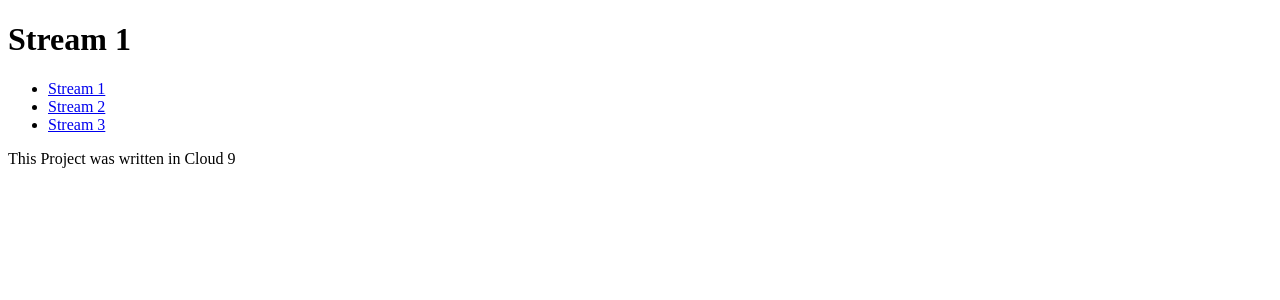
Repository: Scuzeme/My-First-Website
Page: stream1.html
The author's editor kept a record of every edit. The page is drawn from the files as they stood at one moment, then again after the next edit.
The browser window is 1280 px wide. The pictures show the whole page.

Above is the page before.

After the next edit:
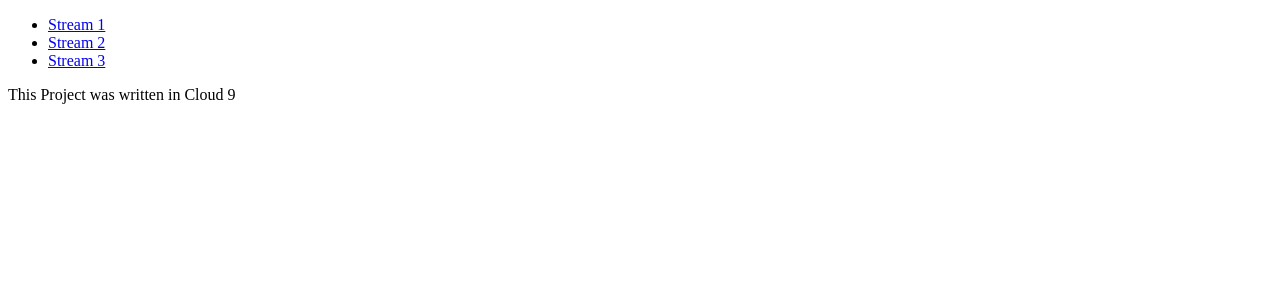
The edit:
--- a/stream1.html
+++ b/stream1.html
@@ -4,7 +4,7 @@
         <title>Hello World</title>
     </head>
     <body>
-        <h1>Stream 1</h1>
+
         <nav>
             <ul>
             <li><a href="stream1.html">Stream 1</a></li>
